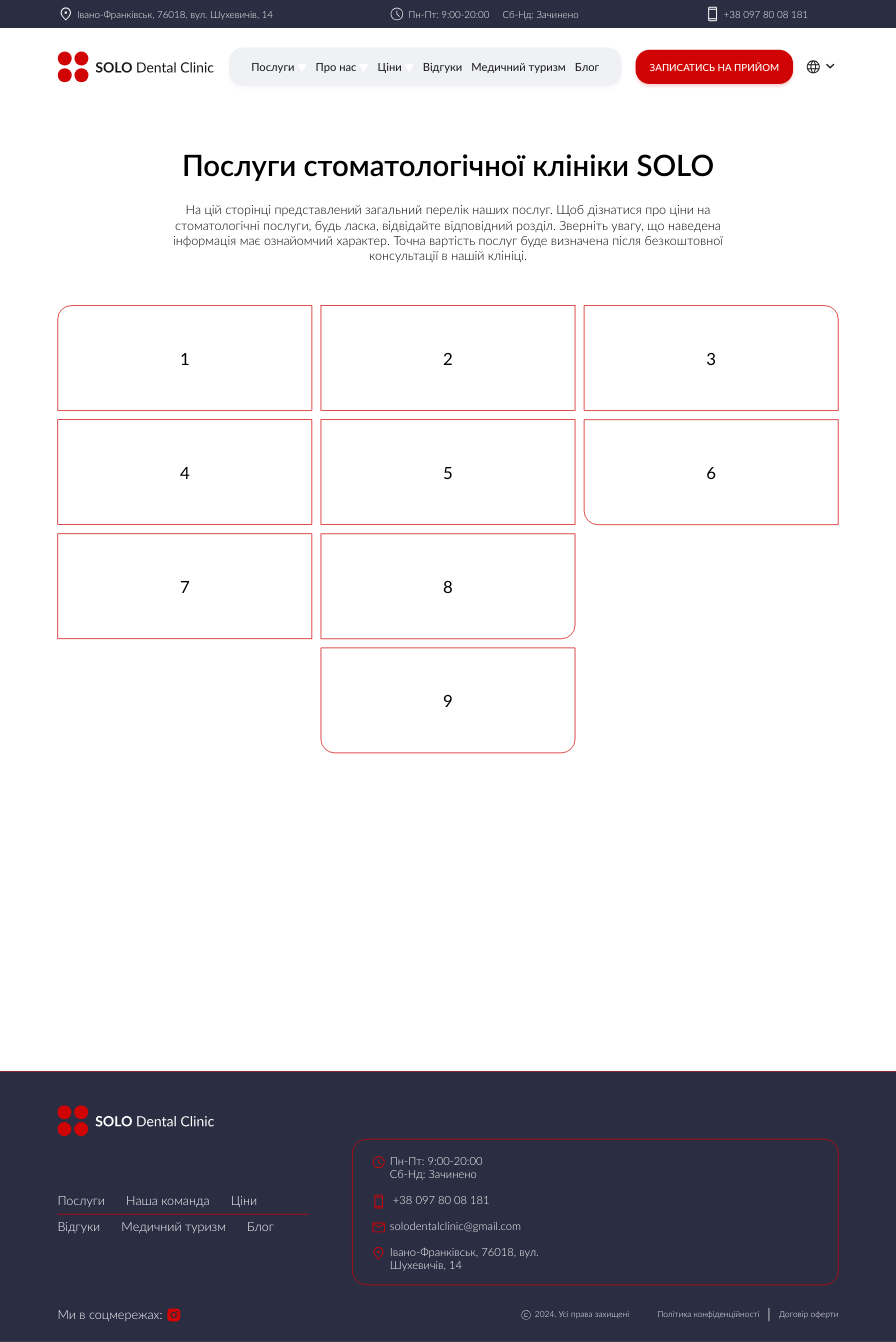
Repository: TarasDutchak/dental-clinic
Page: services.html
These files come from the project's save history. The page is drawn as it stood at one moment and after the next save; the edit follows.
The browser window is 1280 px wide. The pictures show the whole page, at 70% of full size.
Pictures or frames that could not be fetched are drawn as grey boxes.

Above is the page before, as saved 2024-12-30 07:37:41.

After the next save:
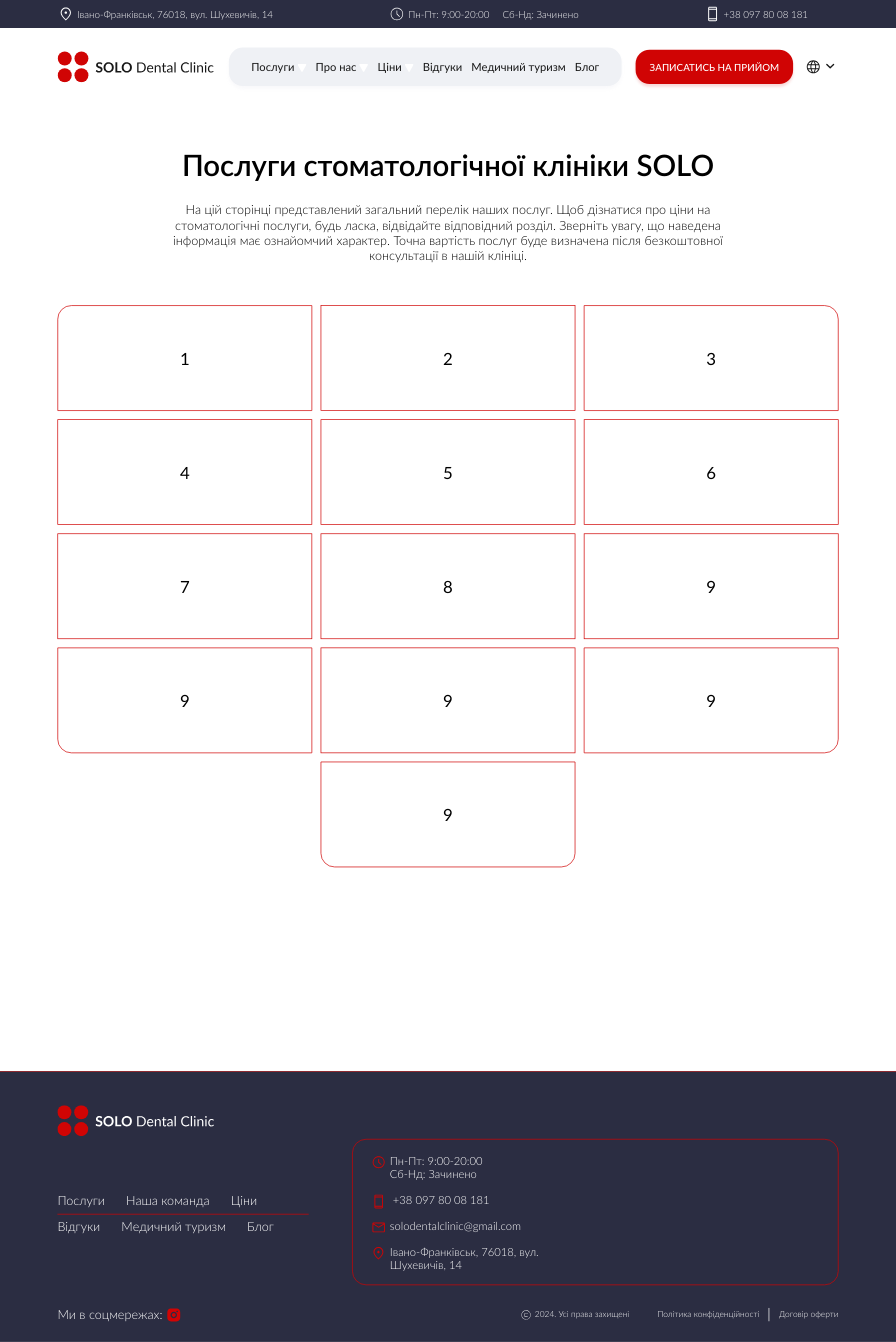
Saved 85 s later.
--- a/services.html
+++ b/services.html
@@ -170,6 +170,10 @@
                     <div class="service-item">6</div>
                     <div class="service-item">7</div>
                     <div class="service-item">8</div>
+                    <div class="service-item">9</div>
+                    <div class="service-item">9</div>
+                    <div class="service-item">9</div>
+                    <div class="service-item">9</div>
                     <div class="service-item">9</div>
                 </div>
             </div>
